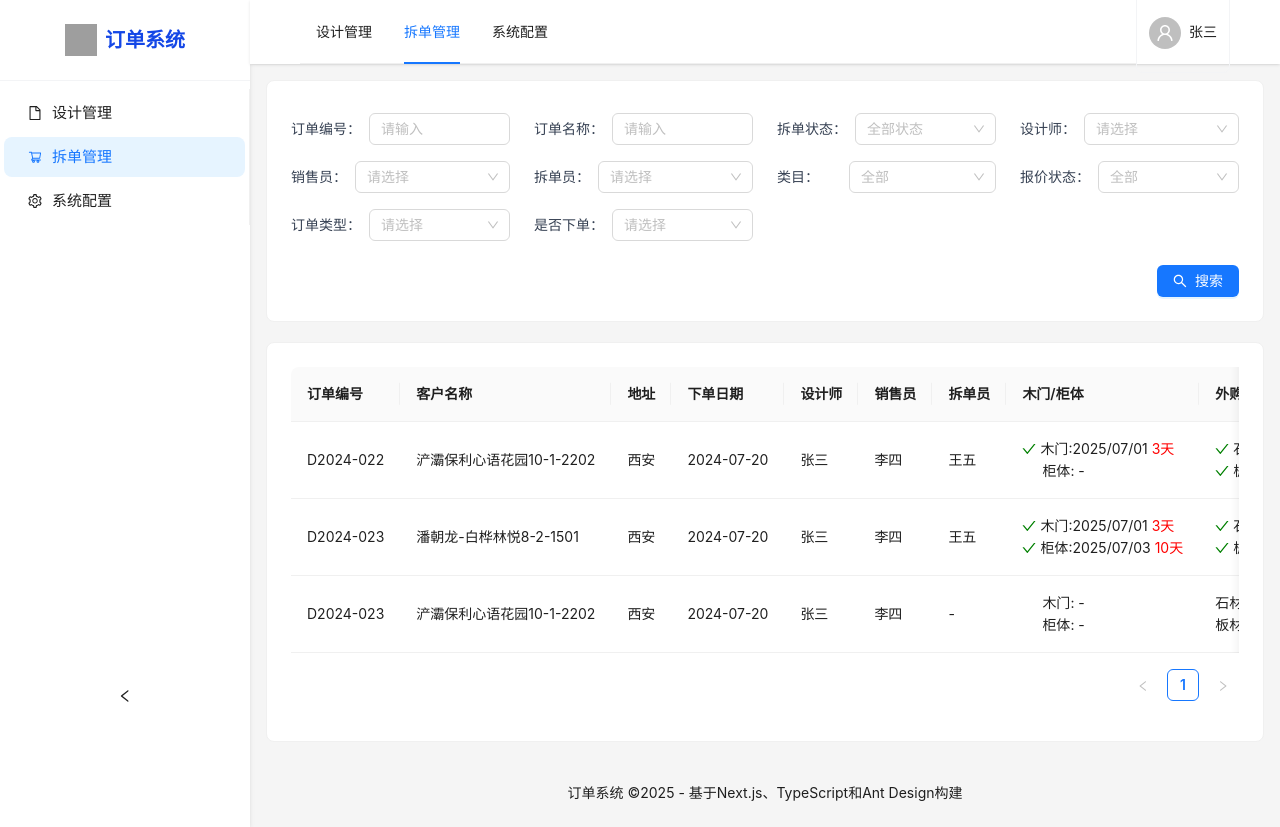
Repository: Garyxiwang/order_system
Page: /split (app in front/)
The author's editor kept a copy of each file at every save. The page is drawn from the files as they stood at one save, then again after a run of saves.
The browser window is 1280 px wide. The pictures show the whole page.
Pictures or frames that could not be fetched are drawn as grey boxes. The project was rebuilt for these pictures with package versions that can differ from the ones it lists, and the page was loaded fresh each time. The framework's server and built-in components were replaced by stand-ins that run in the browser. Also part of the build but not shown: front/next.config.js, front/next.config.ts.

Above is the page before, as saved 2025-08-04 17:16:12.

### front/src/app/layout.tsx
import type { Metadata } from "next";
import { Geist, Geist_Mono } from "next/font/google";
import "./globals.css";

const geistSans = Geist({
  variable: "--font-geist-sans",
  subsets: ["latin"],
});

const geistMono = Geist_Mono({
  variable: "--font-geist-mono",
  subsets: ["latin"],
});

export const metadata: Metadata = {
  title: "订单系统",
  description: "基于Next.js、TypeScript和Ant Design构建的订单系统",
};

import AppLayout from '@/components/layout/AppLayout';

export default function RootLayout({
  children,
}: Readonly<{
  children: React.ReactNode;
}>) {
  return (
    <html lang="zh-CN">
      <body
        className={`${geistSans.variable} ${geistMono.variable} antialiased`}
      >
        <AppLayout>
          {children}
        </AppLayout>
      </body>
    </html>
  );
}

### front/src/app/split/page.tsx
"use client";

import React, { useState } from "react";
import {
  Typography,
  Card,
  Table,
  Button,
  Space,
  Input,
  Select,
  Row,
  Col,
  Tag,
} from "antd";
import { SearchOutlined, PlusOutlined, CheckOutlined } from "@ant-design/icons";

const { Title } = Typography;
const { Option } = Select;

const DesignPage: React.FC = () => {
  const [expandedRows, setExpandedRows] = useState<Set<number>>(new Set());
  const [activeTab, setActiveTab] = useState("1");
  const [selectedDesign, setSelectedDesign] = useState<string | null>(null);

  // 模拟设计页数据
  const designData = [
    {
      designNumber: "D2024-022",
      customerName: "浐灞保利心语花园10-1-2202",
      address: "西安",
      createTime: "2024-07-20",
      designer: "张三",
      salesPerson: "李四",
      splitPerson: "王五",
      doorBody: "木门:2025/07/01:3,柜体",
      external: "石材:2025/07/01:3,板材:2025/07/01:2",
      priceState: "报价已发未打款",
      fixedTime: "2024-07-20",
      finishTime: "2024-07-30",
      orderType: "设计单",
      states: "拆单中",
      remark: "这个是一个备注",
    },
    {
      designNumber: "D2024-023",
      customerName: "潘朝龙-白桦林悦8-2-1501",
      address: "西安",
      createTime: "2024-07-20",
      designer: "张三",
      salesPerson: "李四",
      splitPerson: "王五",
      doorBody: "木门:2025/07/01:3,柜体:2025/07/03:10",
      external: "石材:2025/07/01:3,板材:2025/07/01:2",
      priceState: "已报价",
      fixedTime: "2024-07-20",
      finishTime: "2024-07-30",
      orderType: "设计单",
      states: "已完成",
      remark: "这个是一个备注",
    },
    {
      designNumber: "D2024-023",
      customerName: "浐灞保利心语花园10-1-2202",
      address: "西安",
      createTime: "2024-07-20",
      designer: "张三",
      salesPerson: "李四",
      splitPerson: "",
      doorBody: "木门:,柜体:",
      external: "石材:,板材:",
      priceState: "",
      fixedTime: "",
      finishTime: "",
      orderType: "设计单",
      states: "未开始",
      remark: "",
    },
  ];

  const columns = [
    {
      title: "订单编号",
      dataIndex: "designNumber",
      key: "designNumber",
    },
    {
      title: "客户名称",
      dataIndex: "customerName",
      key: "customerName",
    },
    {
      title: "地址",
      dataIndex: "address",
      key: "address",
    },
    {
      title: "下单日期",
      dataIndex: "createTime",
      key: "createTime",
    },
    {
      title: "设计师",
      dataIndex: "designer",
      key: "designer",
    },
    {
      title: "销售员",
      dataIndex: "salesPerson",
      key: "salesPerson",
    },
    {
      title: "拆单员",
      dataIndex: "splitPerson",
      key: "splitPerson",
      render: (text: string) => {
        if (!text) return "-";
        return text;
      },
    },
    {
      title: "木门/柜体",
      dataIndex: "doorBody",
      key: "doorBody",
      render: (text: string) => {
        if (!text) return null;

        const items = text.split(",");
        return (
          <div>
            {items.map((item, index) => {
              const parts = item.split(":");
              const name = parts[0];
              const time = parts[1];
              const days = parts[2];

              if (parts.length === 3 && name && time && days) {
                const dayCount = parseInt(days);
                const dayColor = dayCount >= 3 ? "red" : "-";
                return (
                  <div key={index}>
                    <CheckOutlined
                      style={{ color: "green", marginRight: "4px" }}
                    />
                    {name}:{time}{" "}
                    <span style={{ color: dayColor }}>{days}天</span>
                  </div>
                );
              } else if (parts.length >= 2 && name && time) {
                return (
                  <div key={index}>
                    <CheckOutlined
                      style={{ color: "green", marginRight: "4px" }}
                    />
                    {name}:{time}
                  </div>
                );
              } else {
                return (
                  <div key={index} style={{ marginLeft: "20px" }}>
                    {name}: -
                  </div>
                );
              }
            })}
          </div>
        );
      },
    },
    {
      title: "外购项目",
      dataIndex: "external",
      key: "external",
      render: (text: string) => {
        if (!text) return null;

        const items = text.split(",");
        return (
          <div>
            {items.map((item, index) => {
              const parts = item.split(":");
              const name = parts[0];
              const time = parts[1];
              const days = parts[2];

              if (parts.length === 3 && name && time && days) {
                const dayCount = parseInt(days);
                const dayColor = dayCount >= 3 ? "red" : "";
                return (
                  <div key={index}>
                    <CheckOutlined
                      style={{ color: "green", marginRight: "4px" }}
                    />
                    {name}:{time}{" "}
                    <span style={{ color: dayColor }}>{days}天</span>
                  </div>
                );
              } else if (parts.length >= 2 && name && time) {
                return (
                  <div key={index}>
                    <CheckOutlined
                      style={{ color: "green", marginRight: "4px" }}
                    />
                    {name}:{time}
                  </div>
                );
              } else {
                return <div key={index}>{name}: -</div>;
              }
            })}
          </div>
        );
      },
    },
    {
      title: "报价状态",
      dataIndex: "priceState",
      key: "priceState",
      render: (text: string) => {
        if (!text) return "-";
        return text;
      },
    },
    {
      title: "定板日期",
      dataIndex: "fixedTime",
      key: "fixedTime",
      render: (text: string) => {
        if (!text) return "-";
        return text;
      },
    },
    {
      title: "拆单完成日期",
      dataIndex: "finishTime",
      key: "finishTime",
      render: (text: string) => {
        if (!text) return "-";
        return text;
      },
    },
    {
      title: "订单类型",
      dataIndex: "orderType",
      key: "orderType",
    },
    {
      title: "订单状态",
      dataIndex: "states",
      key: "states",
      render: (text: string) => {
        if (text === "已完成") {
          return <Tag color="green">{text}</Tag>;
        }
        return text;
      },
    },
    {
      title: "备注",
      dataIndex: "remark",
      key: "remark",
      render: (text: string) => (
        <div
          style={{
            maxWidth: "150px",
            wordWrap: "break-word",
            whiteSpace: "pre-wrap",
          }}
        >
          {text || "-"}
        </div>
      ),
    },
    {
      title: "操作",
      key: "action",
      render: (_: unknown, record: Record<string, string | number>) => (
        <Space size="middle">
          <Button type="link" size="small">
            编辑
          </Button>
          <Button type="link" size="small">
            拆单
          </Button>
        </Space>
      ),
    },
  ];

  return (
    <div className="space-y-6">
      {/* 搜索Card */}
      <Card variant="outlined" style={{ marginBottom: 20 }}>
        <Row gutter={24}>
          <Col span={6} className="py-2">
            <div className="flex items-center gap-2">
              <label className="whitespace-nowrap text-sm font-medium text-gray-700 min-w-16">
                订单编号：
              </label>
              <Input
                placeholder="请输入"
                className="rounded-md border-gray-200 flex-1"
                size="middle"
                allowClear
              />
            </div>
          </Col>
          <Col span={6} className="py-2">
            <div className="flex items-center gap-2">
              <label className="whitespace-nowrap text-sm font-medium text-gray-700 min-w-16">
                订单名称：
              </label>
              <Input
                placeholder="请输入"
                className="rounded-md border-gray-200 flex-1"
                size="middle"
                allowClear
              />
            </div>
          </Col>
          <Col span={6} className="py-2">
            <div className="flex items-center gap-2">
              <label className="whitespace-nowrap text-sm font-medium text-gray-700 min-w-16">
                拆单状态：
              </label>
              <Select
                placeholder="全部状态"
                className="rounded-md flex-1"
                size="middle"
                allowClear
              >
                <Option value="-1">拆单中</Option>
                <Option value="1">已审核</Option>
                <Option value="1">已完结</Option>
              </Select>
            </div>
          </Col>
          <Col span={6} className="py-2">
            <div className="flex items-center gap-2">
              <label className="whitespace-nowrap text-sm font-medium text-gray-700 min-w-12">
                设计师：
              </label>
              <Select
                placeholder="请选择"
                className="rounded-md flex-1"
                size="middle"
                allowClear
              >
                <Option value="designer1">设计师1</Option>
                <Option value="designer2">设计师2</Option>
              </Select>
            </div>
          </Col>
          <Col span={6} className="py-2">
            <div className="flex items-center gap-2">
              <label className="whitespace-nowrap text-sm font-medium text-gray-700 min-w-12">
                销售员：
              </label>
              <Select
                placeholder="请选择"
                className="rounded-md flex-1"
                size="middle"
                allowClear
              >
                <Option value="designer1">销售员1</Option>
                <Option value="designer2">销售员2</Option>
                <Option value="designer2">销售员3</Option>
              </Select>
            </div>
          </Col>
          <Col span={6} className="py-2">
            <div className="flex items-center gap-2">
              <label className="whitespace-nowrap text-sm font-medium text-gray-700 min-w-12">
                拆单员：
              </label>
              <Select
                placeholder="请选择"
                className="rounded-md flex-1"
                size="middle"
                allowClear
              >
                <Option value="designer1">拆单员1</Option>
                <Option value="designer2">拆单员2</Option>
                <Option value="designer2">拆单员3</Option>
              </Select>
            </div>
          </Col>
          <Col span={6} className="py-2">
            <div className="flex items-center gap-2">
              <label className="whitespace-nowrap text-sm font-medium text-gray-700 min-w-16">
                类目：
              </label>
              <Select
                placeholder="全部"
                className="rounded-md flex-1"
                size="middle"
                allowClear
              >
                <Option value="designing">木门</Option>
                <Option value="reviewing">柜体</Option>
                <Option value="completed">石材</Option>
                <Option value="completed">板材</Option>
                <Option value="completed">铝合金门</Option>
              </Select>
            </div>
          </Col>
          <Col span={6} className="py-2">
            <div className="flex items-center gap-2">
              <label className="whitespace-nowrap text-sm font-medium text-gray-700 min-w-16">
                报价状态：
              </label>
              <Select
                placeholder="全部"
                className="rounded-md flex-1"
                size="middle"
                allowClear
              >
                <Option value="normal">已打款</Option>
                <Option value="important">报价已发未大款</Option>
              </Select>
            </div>
          </Col>
          <Col span={6} className="py-2">
            <div className="flex items-center gap-2">
              <label className="whitespace-nowrap text-sm font-medium text-gray-700 min-w-16">
                订单类型：
              </label>
              <Select
                placeholder="请选择"
                className="rounded-md flex-1"
                size="middle"
                allowClear
              >
                <Option value="design">设计单</Option>
                <Option value="development">拆单订单</Option>
              </Select>
            </div>
          </Col>
          <Col span={6} className="py-2">
            <div className="flex items-center gap-2">
              <label className="whitespace-nowrap text-sm font-medium text-gray-700 min-w-16">
                是否下单：
              </label>
              <Select
                placeholder="请选择"
                className="rounded-md flex-1"
                size="middle"
                allowClear
              >
                <Option value="-1">已下单</Option>
                <Option value="0">未下单</Option>
              </Select>
            </div>
          </Col>
        </Row>
        <Row className="mt-4">
          <Col span={24} className="text-right">
            <Space>
              <Button
                type="primary"
                icon={<SearchOutlined />}
                size="middle"
                className="bg-blue-600 hover:bg-blue-700"
              >
                搜索
              </Button>
            </Space>
          </Col>
        </Row>
      </Card>

      {/* 内容Card */}
      <Card variant="outlined">
        {/* 表格区域 */}
        <Table
          columns={columns}
          dataSource={designData}
          bordered={false}
          pagination={{ pageSize: 10 }}
          rowClassName="hover:bg-blue-50"
          rowKey={(record) => record.designNumber}
          scroll={{ x: "max-content" }}
        />
      </Card>
    </div>
  );
};

export default DesignPage;

### front/src/app/globals.css
@import "tailwindcss";
/* Ant Design 5.x不再需要全局导入CSS文件 */

:root {
  --background: #ffffff;
  --foreground: #171717;
}

@theme inline {
  --color-background: var(--background);
  --color-foreground: var(--foreground);
  --font-sans: var(--font-geist-sans);
  --font-mono: var(--font-geist-mono);
}

@media (prefers-color-scheme: dark) {
  :root {
    --background: #0a0a0a;
    --foreground: #ededed;
  }
}

body {
  background: var(--background);
  color: var(--foreground);
  font-family: Arial, Helvetica, sans-serif;
}

### front/src/components/layout/AppLayout.tsx
"use client";

import React, { useState } from "react";
import { Layout, Menu, Avatar, Dropdown, Button, Space } from "antd";
import type { MenuProps } from "antd";
import {
  UserOutlined,
  LogoutOutlined,
  BellOutlined,
  SettingOutlined,
} from "@ant-design/icons";
import SideMenu from "@/components/layout/SideMenu";
import AntdRegistry from "../AntdRegistry";
import { usePathname, useRouter } from "next/navigation";
import Link from "next/link";

const { Content, Footer, Sider, Header } = Layout;

interface AppLayoutProps {
  children: React.ReactNode;
}

const AppLayout: React.FC<AppLayoutProps> = ({ children }) => {
  const pathname = usePathname();
  const router = useRouter();
  const isLoginPage = pathname === "/login";

  // 模拟当前用户信息
  const [currentUser] = useState({
    name: "张三",
    avatar: "",
    role: "管理员",
  });

  // 处理退出登录
  const handleLogout = () => {
    // 实际项目中应该调用登出API，清除token等
    console.log("用户登出");
    router.push("/login");
  };

  // 用户下拉菜单项
  const userMenuItems: MenuProps["items"] = [
    // {
    //   key: "profile",
    //   icon: <UserOutlined />,
    //   label: "个人信息",
    // },
    // {
    //   key: "settings",
    //   icon: <SettingOutlined />,
    //   label: "账户设置",
    // },
    // {
    //   type: "divider",
    // },
    {
      key: "logout",
      icon: <LogoutOutlined />,
      label: "退出登录",
      onClick: handleLogout,
    },
  ];

  return (
    <AntdRegistry>
      {isLoginPage ? (
        <>{children}</>
      ) : (
        <Layout className="min-h-screen">
          <Layout>
            <Sider
              width={250}
              theme="light"
              className="min-h-screen shadow-md z-10 bg-gradient-to-b from-blue-50 to-white"
              breakpoint="lg"
              collapsible
            >
              <div className="flex items-center justify-center py-6 px-4 border-b border-gray-100">
                <div className="text-xl font-bold text-blue-700 flex items-center">
                  <img src="/globe.svg" alt="Logo" className="w-8 h-8 mr-2" />
                  <span>订单系统</span>
                </div>
              </div>
              <div className="py-2">
                <SideMenu />
              </div>
            </Sider>
            <Layout>
              <Header
                style={{ backgroundColor: "white" }}
                className="px-6 flex justify-between items-center shadow-sm h-16 sticky top-0 z-10"
              >
                <div className="flex-1">
                  <Menu
                    mode="horizontal"
                    selectedKeys={[pathname.split("/")[1] || ""]}
                    className="border-b-0 font-medium"
                    items={[
                      {
                        key: "design",
                        label: (
                          <Link
                            href="/design"
                            className="text-gray-700 hover:text-blue-600"
                          >
                            设计管理
                          </Link>
                        ),
                      },
                      {
                        key: "split",
                        label: (
                          <Link
                            href="/split"
                            className="text-gray-700 hover:text-blue-600"
                          >
                            拆单管理
                          </Link>
                        ),
                      },
                      {
                        key: "config",
                        label: (
                          <Link
                            href="/config"
                            className="text-gray-700 hover:text-blue-600"
                          >
                            系统配置
                          </Link>
                        ),
                      },
                    ]}
                  />
                </div>
                <div className="flex items-center">
                  {/* <Button
                    type="text"
                    icon={<BellOutlined className="text-lg" />}
                    className="mr-4 hover:bg-gray-100 h-10 w-10 flex items-center justify-center rounded-full"
                  /> */}
                  <Dropdown
                    menu={{ items: userMenuItems }}
                    placement="bottomRight"
                    arrow
                  >
                    <Space className="cursor-pointer px-3 py-2 rounded-md hover:bg-gray-100 border border-gray-100">
                      <Avatar icon={<UserOutlined />} className="bg-blue-500" />
                      <span className="font-medium">{currentUser.name}</span>
                    </Space>
                  </Dropdown>
                </div>
              </Header>
              <Content className="m-4 rounded-lg">
                {children}
              </Content>
              <Footer className="text-center text-gray-500 bg-transparent">
                订单系统 ©{new Date().getFullYear()} -
                基于Next.js、TypeScript和Ant Design构建
              </Footer>
            </Layout>
          </Layout>
        </Layout>
      )}
    </AntdRegistry>
  );
};

export default AppLayout;

### front/src/components/layout/SideMenu.tsx
'use client';

import React from 'react';
import { Menu } from 'antd';
import { FileOutlined, ShoppingCartOutlined, SettingOutlined, DashboardOutlined } from '@ant-design/icons';
import Link from 'next/link';
import { usePathname } from 'next/navigation';

const SideMenu: React.FC = () => {
  const pathname = usePathname();

  // 根据当前路径确定选中的菜单项
  const getSelectedKey = () => {
    if (pathname.startsWith('/design')) return ['design'];
    if (pathname.startsWith('/split')) return ['split'];
    if (pathname.startsWith('/config')) return ['config'];
    return [];
  };

  const menuItems = [
    {
      key: 'design',
      icon: <FileOutlined className="text-blue-600" />,
      label: <Link href="/design" className="text-gray-700 hover:text-blue-600 font-medium">设计管理</Link>,
    },
    {
      key: 'split',
      icon: <ShoppingCartOutlined className="text-blue-600" />,
      label: <Link href="/split" className="text-gray-700 hover:text-blue-600 font-medium">拆单管理</Link>,
    },
    {
      key: 'config',
      icon: <SettingOutlined className="text-blue-600" />,
      label: <Link href="/config" className="text-gray-700 hover:text-blue-600 font-medium">系统配置</Link>,
    },
  ];

  return (
    <Menu
      mode="inline"
      selectedKeys={getSelectedKey()}
      items={menuItems}
      className="border-r-0 bg-transparent"
      style={{ fontSize: '15px' }}
    />
  );
};

export default SideMenu;

### front/src/components/AntdRegistry.tsx
'use client';

import React from 'react';
import { createCache, extractStyle, StyleProvider } from '@ant-design/cssinjs';
import type Entity from '@ant-design/cssinjs/es/Cache';
import { useServerInsertedHTML } from 'next/navigation';

interface AntdRegistryProps {
  children: React.ReactNode;
}

const AntdRegistry = ({ children }: AntdRegistryProps) => {
  const cache = React.useMemo<Entity>(() => createCache(), []);

  useServerInsertedHTML(() => {
    return (
      <style
        id="antd"
        dangerouslySetInnerHTML={{ __html: extractStyle(cache, true) }}
      />
    );
  });

  return <StyleProvider cache={cache}>{children}</StyleProvider>;
};

export default AntdRegistry;

After the next 2 saves:
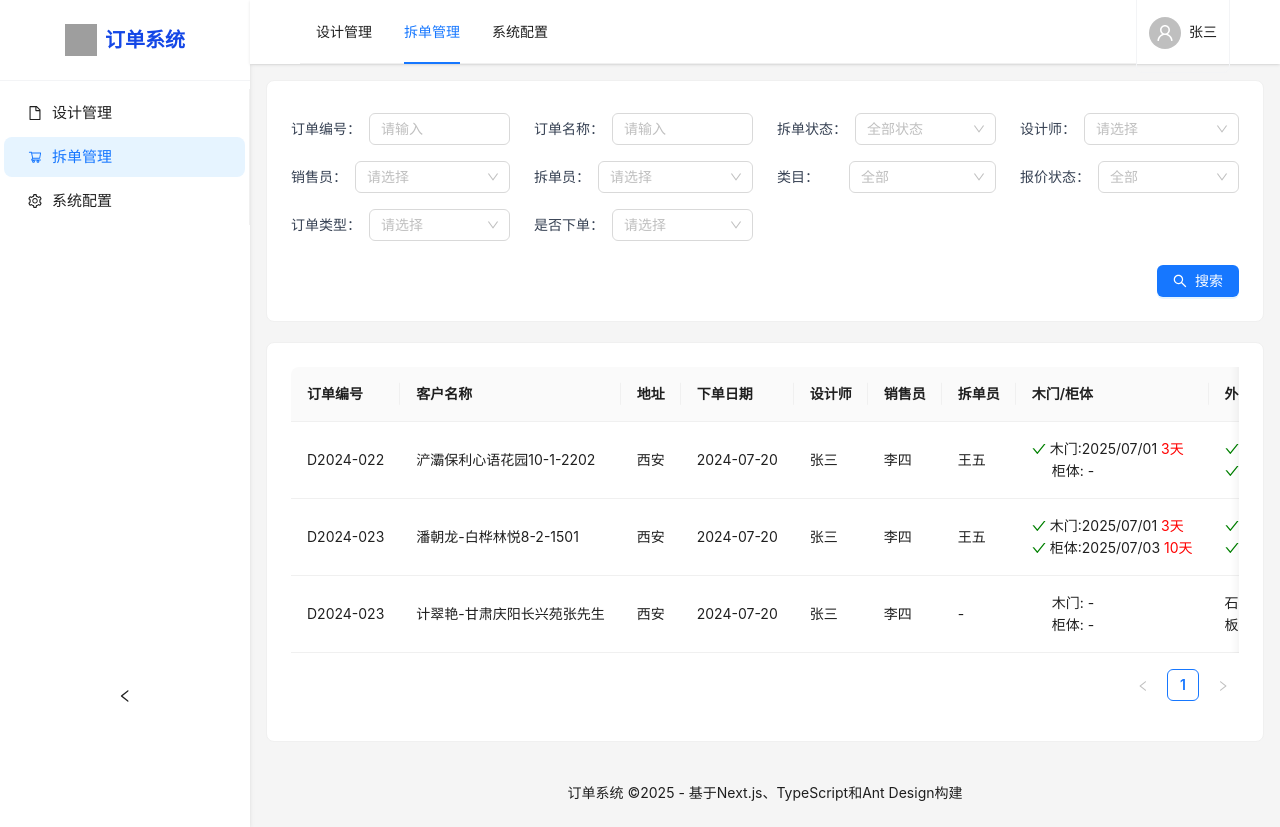
The 2 saves are shown as one change because 1 did not build or start.
The last was saved 13 s later.
--- a/front/src/app/split/page.tsx
+++ b/front/src/app/split/page.tsx
@@ -61,7 +61,7 @@ const DesignPage: React.FC = () => {
     },
     {
       designNumber: "D2024-023",
-      customerName: "浐灞保利心语花园10-1-2202",
+      customerName: "计翠艳-甘肃庆阳长兴苑张先生",
       address: "西安",
       createTime: "2024-07-20",
       designer: "张三",
